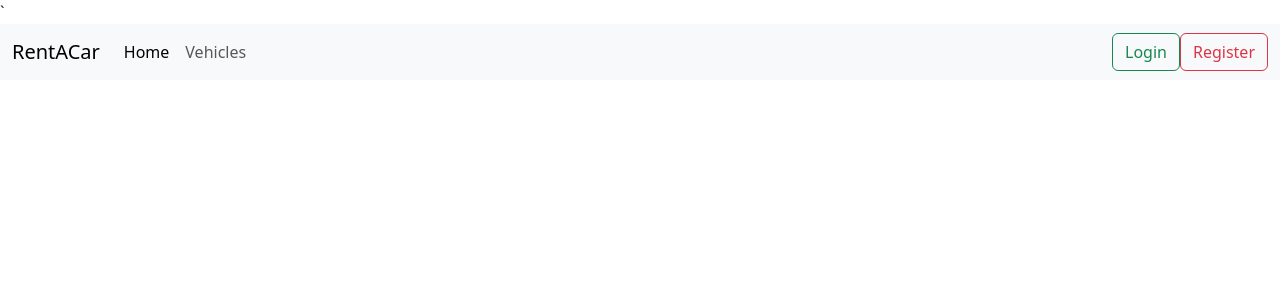
Repository: VimashaVishvani/VehicleRental
Page: http://localhost/Vehicle_rentalDb/
An editor plug-in stored every save of this project. The page is shown before and after the next save, followed by the edit.
The browser window is 1280 px wide. The pictures show the whole page.
The page is served by Tomcat 9. Other server files are loaded and not shown.

Above is the page before, as saved 2024-05-04 18:53:52.

### Vehicle_rentalDb/src/main/webapp/index.jsp
<%@ page language="java" contentType="text/html; charset=ISO-8859-1"
    pageEncoding="ISO-8859-1"%>
<!DOCTYPE html>
<html>
<head>
  <link href="https://cdn.jsdelivr.net/npm/bootstrap@5.3.3/dist/css/bootstrap.min.css" rel="stylesheet" integrity="sha384-QWTKZyjpPEjISv5WaRU9OFeRpok6YctnYmDr5pNlyT2bRjXh0JMhjY6hW+ALEwIH" crossorigin="anonymous">
` <script src="https://cdn.jsdelivr.net/npm/bootstrap@5.3.3/dist/js/bootstrap.bundle.min.js" integrity="sha384-YvpcrYf0tY3lHB60NNkmXc5s9fDVZLESaAA55NDzOxhy9GkcIdslK1eN7N6jIeHz" crossorigin="anonymous"></script>
<meta charset="ISO-8859-1">
<title>Insert title</title>
</head>
<body  style="padding-top:0;">

<nav class="navbar navbar-expand-lg bg-body-tertiary" style="margine-top:-5%;">
  <div class="container-fluid">
    <a class="navbar-brand" href="#">RentACar</a>
    <button class="navbar-toggler" type="button" data-bs-toggle="collapse" data-bs-target="#navbarSupportedContent" aria-controls="navbarSupportedContent" aria-expanded="false" aria-label="Toggle navigation">
      <span class="navbar-toggler-icon"></span>
    </button>
    <div class="collapse navbar-collapse" id="navbarSupportedContent">
      <ul class="navbar-nav me-auto mb-2 mb-lg-0">
        <li class="nav-item">
          <a class="nav-link active" aria-current="page" href="#">Home</a>
        </li>
        <li class="nav-item">
          <a class="nav-link" href="#">Vehicles</a>
        </li>

      </ul>

      <button class="btn btn-outline-success" type="submit" style="margine-right:20px;">Login</button>

        <button class="btn btn-outline-danger"  style="margine-left:20px;" type="submit">Register</button>
    </div>
  </div>
</nav>

</body>
</html>

After the next save:
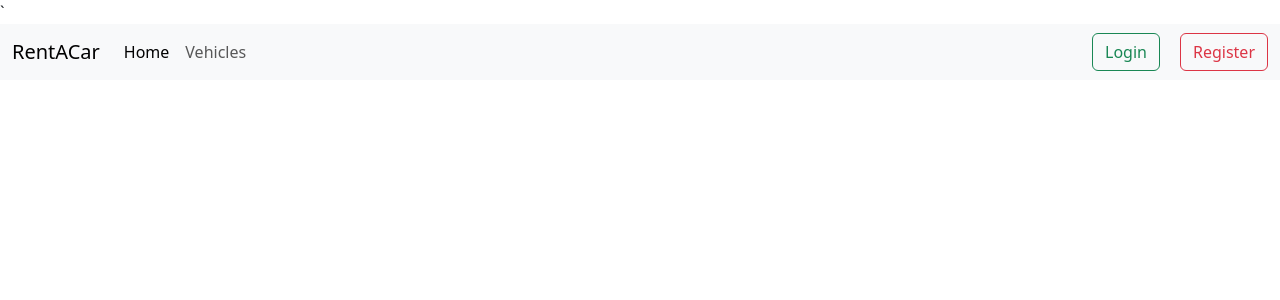
Saved 40 s later.
--- a/Vehicle_rentalDb/src/main/webapp/index.jsp
+++ b/Vehicle_rentalDb/src/main/webapp/index.jsp
@@ -27,7 +27,7 @@
 
       </ul>
 
-      <button class="btn btn-outline-success" type="submit" style="margine-right:20px;">Login</button>
+      <button class="btn btn-outline-success" type="submit" style="margin-right:20px;">Login</button>
 
         <button class="btn btn-outline-danger"  style="margine-left:20px;" type="submit">Register</button>
     </div>
